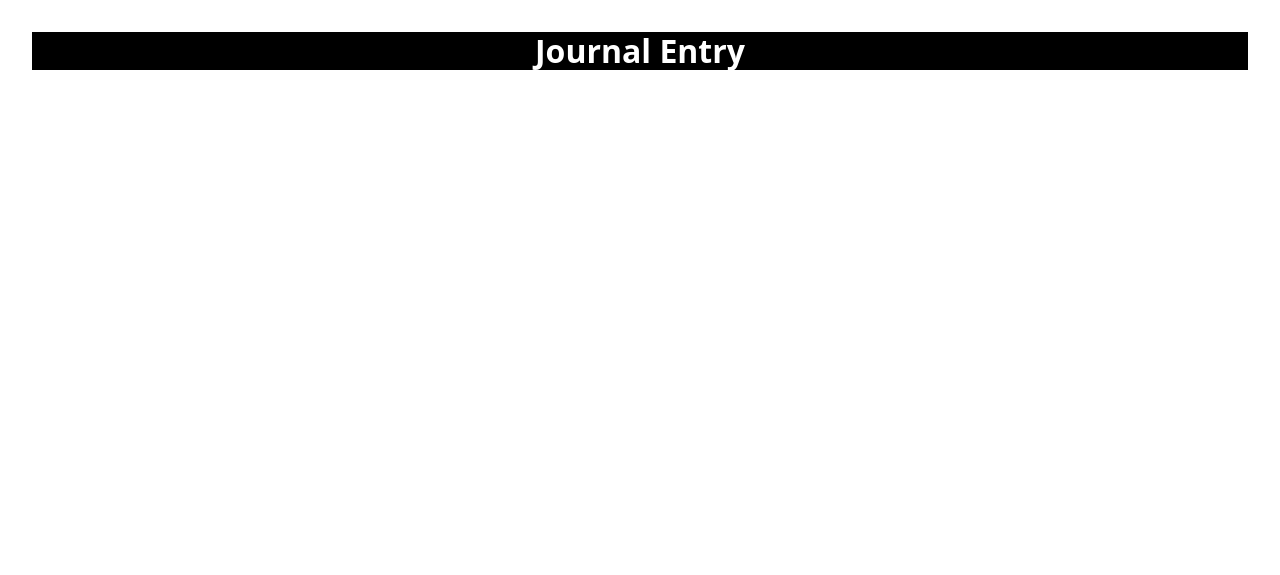
Repository: kestermbah/ai-journal
Page: /
These files come from the project's save history. The page is drawn as it stood at one moment and after the next save; the edit follows.
The browser window is 1280 px wide. The pictures show the whole page.
The project was rebuilt for these pictures with package versions that can differ from the ones it lists, and the page was loaded fresh each time. Also part of the build but not shown: vite.config.ts, src/index.css.

Above is the page before, as saved 2024-12-24 20:42:07.

### src/App.tsx
import "./App.css";
import "bootstrap/dist/css/bootstrap.min.css";
import Journal from "./components/Journal";

function App() {
  return (
    <div>
      <Journal />
    </div>
  );
}

export default App;

### src/components/Journal.tsx
import "./Journal.css";

const Journal = () => {
  return (
    <div className="Journal">
      <h1 className="Title">Journal Entry</h1>
    </div>
  );
};
export default Journal;

### src/components/Journal.css
.Title{
    color : white;
    font-size: 2rem;
    font-weight: bold;
    margin-bottom: 1rem;
    background-color: black;
}

.Journal {
    display: 70 vh;
    background-color: rgba(0, 0, 0, 0.251);
}

Loaded but not shown: index.html (common file); src/main.tsx (common file); src/App.css (common file)

After the next save:
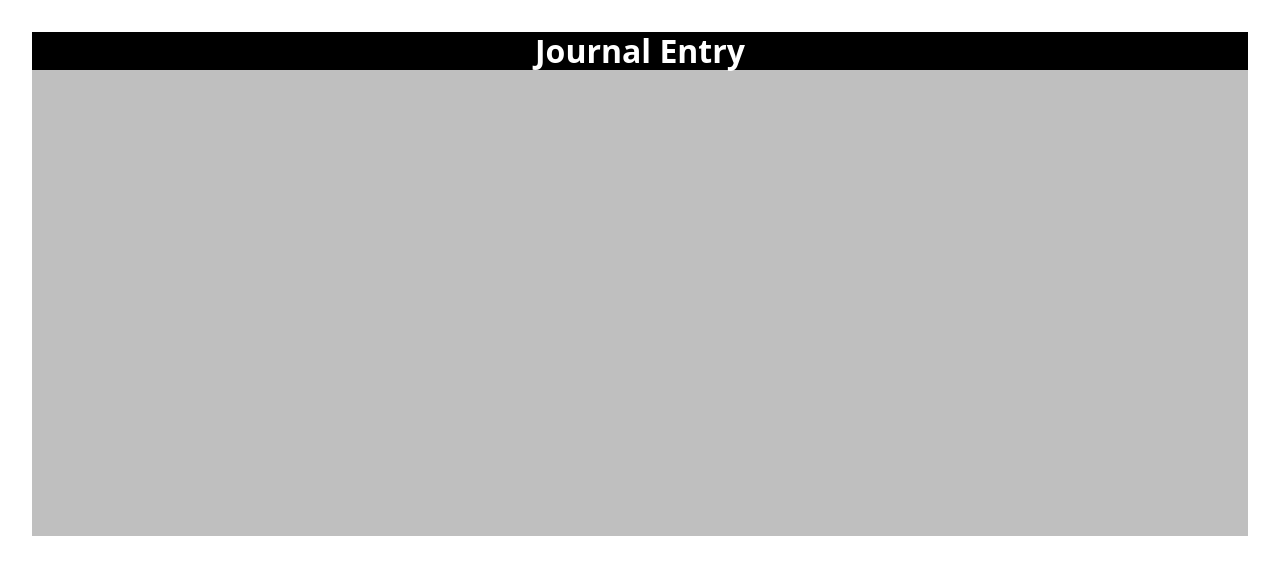
Saved 49 s later.
--- a/src/components/Journal.css
+++ b/src/components/Journal.css
@@ -7,6 +7,6 @@
 }
 
 .Journal {
-    display: 70 vh;
+    min-height: 70vh;
     background-color: rgba(0, 0, 0, 0.251);
 }
